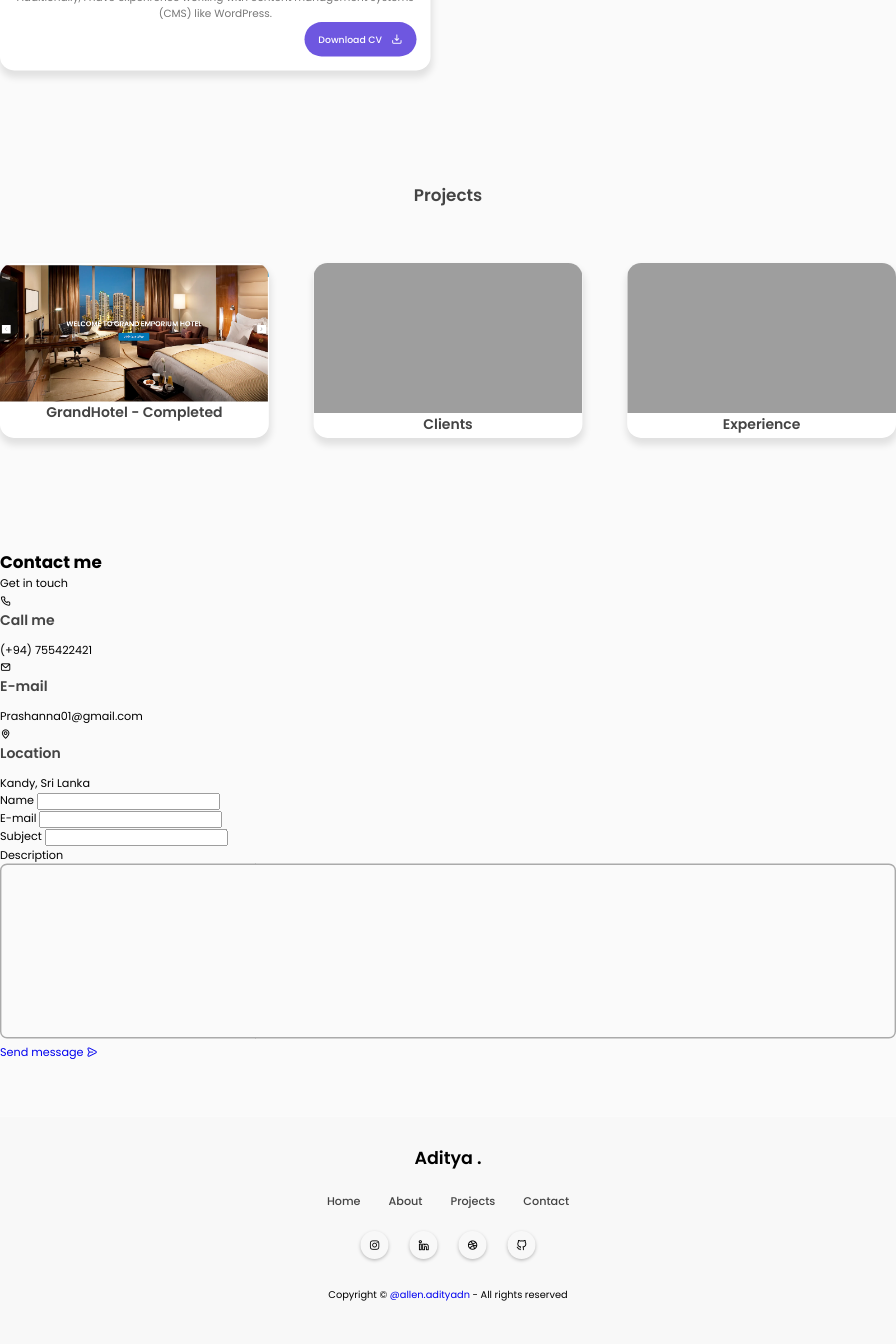
Repository: 4Kbrain/Portofolio
Page: index.html
These files come from the project's save history. The page is drawn as it stood at one moment and after a run of saves; the edit follows.
The browser window is 1280 px wide. The pictures show the part of the page from y = 1051 to 2971 px (the page is 2971 px tall before and 2648 px after), at 70% of full size.
Pictures or frames that could not be fetched are drawn as grey boxes.

Above is the page before, as saved 2024-05-15 16:31:22.
Console error: ReferenceError: ScrollReveal is not defined

### index.html
<!DOCTYPE html>
<html lang="en">

<head>
    <meta charset="UTF-8">
    <meta name="viewport" content="width=device-width, initial-scale=1.0">
    <link rel="stylesheet" href="https://unicons.iconscout.com/release/v4.0.8/css/line.css">
    <link rel="stylesheet" href="assets/css/style.css">
    <link rel="shortcut icon" href="assets/img/favicon.png" type="image/x-icon">

    <title>Portfolio | Aditya</title>
</head>

<body>

    <div class="container">
        <!-- header -->
        <nav id="header">
            <div class="nav-logo">
                <a href="#home">
                    <p class="nav-name">Aditya</p>
                    <span>.</span>
                </a>
            </div>
            <div class="nav-menu" id="myNavMenu">
                <ul class="nav_menu_list">
                    <li class="nav_list">
                        <a href="#home" class="nav-link active-link">Home</a>
                        <div class="circle"></div>
                    </li>
                    <li class="nav_list">
                        <a href="#about" class="nav-link">About</a>
                        <div class="circle"></div>
                    </li>
                    <li class="nav_list">
                        <a href="#projects" class="nav-link">Projects</a>
                        <div class="circle"></div>
                    </li>
                    <li class="nav_list">
                        <a href="#contact" class="nav-link">Contact</a>
                        <div class="circle"></div>
                    </li>
                </ul>
            </div>
            <div class="nav-button">
                <a id="downloadCVButton" href="assets/CV/Aditya%20CV.pdf" download="CV.pdf" class="btn">Download CV <i
                        class="uil uil-file-alt"></i></a>
            </div>
            <div class="nav-menu-btn">
                <i class="uil uil-bars" onclick="myMenuFunction()"></i>
            </div>
        </nav>

        <!-- -------------- MAIN ---------------- -->
        <main class="wrapper">
            <!-- -------------- FEATURED BOX ---------------- -->
            <section class="featured-box" id="home">
                <div class="featured-text">
                    <div class="featured-text-card">
                        <span>Aditya Dwi Nugroho</span>
                    </div>
                    <div class="featured-name">
                        <p>I'm <span class="typedText"></span></p>
                    </div>
                    <div class="featured-text-info">
                        <p>Experienced frontend developer with a passion for creating visually stunning
                            and user-friendly websites.
                        </p>
                    </div>
                    <div class="featured-text-btn">
                        <button class="btn blue-btn">Contact Me</button>
                        <a id="downloadCVButton" href="assets/CV/Aditya%20CV.pdf" download="CV.pdf" class="btn">Download CV <i class="uil uil-file-alt"></i></a>

                    </div>
                    <div class="social_icons">
                        <div class="icon"><a href="https://www.instagram.com/allen.adityadn/"><i class="uil uil-instagram"></i></a></div>
                        <div class="icon"><a href="https://wa.me/0895339926715"><i class="uil uil-whatsapp"></i></a></div>
                        <div class="icon"><a href="https://github.com/4Kbrain"><i class="uil uil-github-alt"></i></a></div>

                    </div>
                </div>
                <div class="featured-image">
                    <div class="image">
                        <img src="assets/img/avatar.png" alt="avatar">
                    </div>
                </div>
                <!-- <div c
         -->
    </div>

    </section>
    <!-- -------------- ABOUT BOX ---------------- -->
    <section class="section" id="about">
        <div class="top-header">
            <h1>About Me</h1>
        </div>
        <div class="row">
            <div class="col">
                <div class="about-info">
                    <h3>Let me introduce myself</h3>
                    <p>I am well-versed in HTML, CSS and JavaScript , and other cutting edge
                        frameworks and libraries,which allows me to implement interactive features.
                        Additionally, I have experirence working with content management systems (CMS) like
                        WordPress.
                    </p>
                    <div class="about-btn">
                        <a href="assets/CV/Aditya%20CV.pdf" download>
                            <button class="btn">Download CV <i class="uil uil-import"></i></button>
                          </a>

                    </div>
                </div>
            </div>
            <div class="col">
                <div class="skills-box">
                    <div class="skills-header">
                        <h3>Frontend</h3>
                    </div>
                    <div class="skills-list">
                        <span>HTML</span>
                        <span>CSS</span>
                        <span>Bootstrap</span>
                        <span>JavaScript</span>
                    </div>
                </div>
                <div class="skills-box">
                    <div class="skills-header">
                        <h3>Backend</h3>
                    </div>
                    <div class="skills-list">
                        <span>PHP</span>
                    </div>
                </div>
                <div class="skills-box">
                    <div class="skills-header">
                        <h3>Database</h3>
                    </div>
                    <div class="skills-list">
                        <span>MySQL</span>
                    </div>
                </div>
            </div>
        </div>
    </section>

    <!-- -------------- PROJECT BOX ---------------- -->

    <section class="section" id="projects">
        <div class="top-header">
            <h1>Projects</h1>
        </div>
        <div class="project-container">
            <div class="project-box">
                <img src="assets/img/GrandHotel.png" alt="Grand Hotel Project" class="project-image">
                <h3>GrandHotel - Completed</h3>
                <label class="clear">A</label>
            </div>
            <div class="project-box">
                <img src="path/to/your/image2.jpg" alt="Project Image 2" class="project-image">
                <h3>Clients</h3>
                <label>25+ Happy Clients</label>
            </div>
            <div class="project-box">
                <img src="path/to/your/image3.jpg" alt="Project Image 3" class="project-image">
                <h3>Experience</h3>
                <label>7+ Years in the field</label>
            </div>
        </div>
    </section>



    <!-- -------------- CONTACT BOX ---------------- -->

    <section class="contact section" id="contact">
        <h2 class="section__title">Contact me</h2>
        <span class="section__subtitle">Get in touch</span>

        <div class="contact__container container grid">
            <div>
                <div class="contact__information">
                    <i class="uil uil-phone-alt contact__icon"></i>

                    <div>
                        <h3 class="contact__title">Call me</h3>
                        <span class="contatc__subtitle">(+94) 755422421</span>
                    </div>
                </div>

                <div class="contact__information">
                    <i class="uil uil-envelope contact__icon"></i>

                    <div>
                        <h3 class="contact__title">E-mail</h3>
                        <span class="contatc__subtitle">Prashanna01@gmail.com</span>
                    </div>
                </div>

                <div class="contact__information">
                    <i class="uil uil-map-marker contact__icon"></i>

                    <div>
                        <h3 class="contact__title">Location</h3>
                        <span class="contatc__subtitle">Kandy, Sri Lanka</span>
                    </div>
                </div>
            </div>

            <form action="" class="contact__form grid">
                <div class="contact__inputs grid">
                    <div class="contact__content">
                        <label for="" class="contact__label">Name</label>
                        <input type="text" class="contact__input">
                    </div>

                    <div class="contact__content">
                        <label for="" class="contact__label">E-mail</label>
                        <input type="email" class="contact__input">
                    </div>
                </div>

                <div class="contact__content">
                    <label for="" class="contact__label">Subject</label>
                    <input type="text" class="contact__input">
                </div>

                <div class="contact__content">
                    <label for="" class="contact__label">Description</label>
                    <textarea name="" id="" cols="0" rows="7" class="contact__input"></textarea>
                </div>

                <div>
                    <a href="#" class="button button--flex">
                        Send message
                        <i class="uil uil-message button__icon"></i>
                    </a>
                </div>
            </form>
        </div>

    </section>

    </main>

    <!-- Footer -->
    <footer>
        <div class="top-footer">
            <p>Aditya .</p>
        </div>
        <div class="middle-footer">
            <ul class="footer-menu">
                <li class="footer_menu_list">
                    <a href="#home">Home</a>
                </li>
                <li class="footer_menu_list">
                    <a href="#about">About</a>
                </li>
                <li class="footer_menu_list">
                    <a href="#projects">Projects</a>
                </li>
                <li class="footer_menu_list">
                    <a href="#contact">Contact</a>
                </li>
            </ul>
        </div>
        <div class="footer-social-icons">
            <div class="icon"><i class="uil uil-instagram"></i></div>
            <div class="icon"><i class="uil uil-linkedin-alt"></i></div>
            <div class="icon"><i class="uil uil-dribbble"></i></div>
            <div class="icon"><i class="uil uil-github-alt"></i></div>
        </div>
        <div class="bottom-footer">
            <p>Copyright &copy; <a href="https://www.instagram.com/allen.adityadn/" style="text-decoration: none;">@allen.adityadn</a> - All rights reserved</p>
        </div>
    </footer>

    </div>

    <script src="https://unpkg.com/typed.js@2.0.16/dist/typed.umd.js"></script>
    <script src="assets/js/script.js"></script>
</body>

</html>

### assets/css/style.css
@import url('https://fonts.googleapis.com/css2?family=Poppins:wght@400;500;600;700&display=swap');

:root{
    --body-color: rgb(250, 250, 250);
    --color-white: rgb(255, 255, 255);

    --text-color-second: rgb(68, 68, 68);
    --text-color-third: rgb(30, 159, 171);

    --first-color: rgb(110, 87, 224);
    --first-color-hover: rgb(40, 91, 212);

    --second-color: #0077b6;
    --third-color: rgb(192, 166, 49);
    --first-shadow-color: rgba(0, 0, 0, 0.1);

}

*{
    margin: 0;
    padding: 0;
    box-sizing: border-box;
    font-family: 'Poppins', sans-serif;
}


* a {
    text-decoration: none;
}

html{
    scroll-behavior: smooth;
}

::-webkit-scrollbar{
    width: 10px;
    border-radius: 25px;
}
::-webkit-scrollbar-track{
    background: #f1f1f1;
}
::-webkit-scrollbar-thumb{
    background: #ccc;
    border-radius: 30px;
}
::-webkit-scrollbar-thumb:hover{
    background: #bbb;
}

.btn{
    font-weight: 500;
    padding: 12px 20px;
    background: #efefef;
    border: none;
    border-radius: 10px;
    cursor: pointer;
    transition: .4s;
}
.btn>i{
    margin-left: 10px;
}
.btn:hover{
    background: var(--second-color);
    color: var(--color-white);
}

i{
    font-size: 16px;
}

body{
    background: var(--body-color);
    overflow-x: hidden;
}
.container{
    width: 100%;
    position: relative;
}

nav{
    position: fixed;
    display: flex;
    justify-content: space-between;
    width: 100%;
    height: 90px;
    line-height: 90px;
    background: var(--body-color);
    padding-inline: 9vw;
    transition: .3s;
    z-index: 100;
}
.nav-logo{
   position: relative;
}
.nav-name{
    font-size: 30px;
    font-weight: 600;
    color: var(--text-color-third);
}
.nav-logo span{
    position: absolute;
    top: -15px;
    right: -20px;
    font-size: 5em;
    color: var(--text-color-second);
}
.nav-menu, .nav_menu_list{
    display: flex;
}
.nav-menu .nav_list{
    list-style: none;
    position: relative;
}

.nav-link{
    text-decoration: none;
    color: var(--text-color-second);
    font-weight: 500;
    padding-inline: 15px;
    margin-inline: 20px;
}
.nav-menu-btn{
    display: none;
}
.nav-menu-btn i{
    font-size: 28px;
    cursor: pointer;
}
.active-link{
    position: relative;
    color: var(--first-color);
    transition: .3;
}
.active-link::after{
    content: '';
    position: absolute;
    left: 50%;
    bottom: -15px;
    transform: translate(-50%, -50%);
    width: 5px;
    height: 5px;
    background: var(--first-color);
    border-radius: 50%;
}

.wrapper{
    padding-inline: 10vw;
}

.featured-box{
    position: relative;
    display: flex;
    height: 100vh;
    min-height: 700px;
}

.featured-text{
    position: relative;
    display: flex;
    justify-content: center;
    align-content: center;
    min-height: 80vh;
    flex-direction: column;
    width: 50%;
    padding-left: 20px;
}
.featured-text-card span{
    background: var(--third-color);
    color: var(--color-white);
    padding: 3px 8px;
    font-size: 12px;
    border-radius: 5px;
}
.featured-name{
    font-size: 50px;
    font-weight: 600;
    color: var(--text-color-second);
    margin-block: 20px;
}
.typedText{
    text-transform: capitalize;
    color: var(--text-color-third);
}
.featured-text-info{
    font-size: 15px;
    margin-bottom: 30px;
    color: var(--text-color-second);
}
.featured-text-btn{
    display: flex;
    gap: 20px;
}
.featured-text-btn>.blue-btn{
    background: var(--first-color);
    color: var(--color-white);
}
.featured-text-btn>.blue-btn:hover{
    background: var(--first-color-hover);
}
.social_icons{
    display: flex;
    margin-top: 5em;
    gap: 30px;
}
.icon{
    display: flex;
    justify-content: center;
    align-items: center;
    width: 40px;
    height: 40px;
    border-radius: 50%;
    box-shadow: 0px 2px 5px 0px rgba(0, 0, 0, 0.25);
    cursor: pointer;
}
.icon:hover{
    color: var(--first-color);
}

.featured-image{
    display: flex;
    justify-content: right;
    align-content: center;
    min-height: 80vh;
    width: 50%;
}
.image{
    margin: auto 0;
    width: 380px;
    height: 380px;
    border-radius: 55% 45% 55% 45%;
    overflow: hidden;
    animation: imgFloat 7s ease-in-out infinite;
}
.image img{
    width: 380px;
    height: 380px;
    object-fit: cover;
}
@keyframes imgFloat {
    50%{
        transform: translateY(10px);
        border-radius: 45% 55% 45% 55%;
    }
}
.scroll-btn{
   position: absolute;
   bottom: 0;
   left: 50%;
   translate: -50%;
   display: flex;
   justify-content: center;
   align-items: center;
   width: 150px;
   height: 50px;
   gap: 5px;
   text-decoration: none;
   color: var(--text-color-second);
   background: var(--color-white);
   border-radius: 30px;
   box-shadow: 0 2px 5px 0 rgba(0, 0, 0, 0.25);
}
.scroll-btn i{
    font-size: 20px;
}

.section{
    padding-block: 5em;
}
.row{
    display: flex;
    justify-content: space-between;
    width: 100%;
    gap: 50px;
}
.col{
    display: flex;
    width: 50%;
}

.top-header{
    text-align: center;
    margin-bottom: 5em;
}
.top-header h1{
    font-weight: 600;
    color: var(--text-color-second);
    margin-bottom: 10px;
}
.top-header span{
    color: #999;
}
h3{
    font-size: 20px;
    font-weight: 600;
    color: var(--text-color-second);
    margin-bottom: 15px;
}

.about-info{
    position: relative;
    display: flex;
    align-items: center;
    flex-direction: column;
    padding-block: 30px 70px;
    padding-inline: 20px;
    width: 100%;
    background: var(--color-white);
    box-shadow: 1px 8px 10px 2px var(--first-shadow-color);
    border-radius: 20px;
}
.about-info p{
    text-align: center;
    font-size: 15px;
    color: #777;
}
.about-btn button{
    position: absolute;
    right: 20px;
    bottom: 20px;
    background: var(--first-color);
    color: var(--color-white);
    border-radius: 30px;
}
.about-btn button:hover{
    background: var(--first-color-hover);
}

.skills-box{
    margin: 10px;
}
.skills-header{
    margin-bottom: 30px;
}
.skills-list{
    display: flex;
    flex-wrap: wrap;
    gap: 5px;
}
.skills-list span{
    font-size: 14px;
    background: var(--first-color);
    color: var(--color-white);
    padding: 2px 10px;
    border-radius: 5px;
}

/* Project */
.project-container {
    display: flex;
    width: 100%;
    justify-content: space-between;
    gap: 20px;
    flex-wrap: wrap;
}

.project-box {
    position: relative;
    display: flex;
    justify-content: center;
    align-items: center;
    flex-direction: column;
    width: 30%;
    height: 250px;
    background: var(--color-white);
    border-radius: 20px;
    box-shadow: 1px 8px 10px 2px var(--first-shadow-color);
    overflow: hidden;
    text-align: center;
}

.project-image {
    width: 100%;
    height: 100%;
    object-fit: cover;
    transition: opacity 0.4s;
}

.project-box:hover .project-image {
    opacity: 0.5;
}

.project-box h3, .project-box label {
    position: relative;
    z-index: 2;
}


.contact-info{
    position: relative;
    display: flex;
    flex-direction: column;
    justify-content: center;
    align-items: center;
    padding: 20px 30px;
    width: 100%;
    height: 315px;
    background: var(--second-color);
    border-radius: 10px;
    box-shadow: 1px 8px 10px 2px var(--first-shadow-color);
    overflow: hidden;
}
.contact-info>h2{
    color: var(--color-white);
    margin-bottom: 20px;
}
.contact-info>p{
    display: flex;
    align-items: center;
    gap: 10px;
    color: var(--color-white);
    margin-block: 5px;
}
.contact-info p>i{
    font-size: 18px;
}
.contact-info::after{
    background: var(--color-white);
}
.contact-info:hover.contact-info h2,
.contact-info:hover.contact-info p,
.contact-info:hover.contact-info i{
    color: #777;
    z-index: 2;
}

.form-control{
    display: flex;
    flex-direction: column;
    gap: 10px;
    width: 100%;
}
.form-inputs{
    display: flex;
    gap: 10px;
    width: 100%;
}
.input-field{
    width: 50%;
    height: 55px;
    background: transparent;
    border: 2px solid #AAA;
    border-radius: 10px;
    padding-inline: 20px;
    outline: none;
}
textarea{
    width: 100%;
    height: 250px;
    background: transparent;
    border: 2px solid #AAA;
    border-radius: 10px;
    padding: 15px 20px;
    outline: none;
    resize: none;
}
.form-button>.btn{
    display: flex;
    align-items: center;
    justify-content: center;
    background: var(--second-color);
    color: var(--color-white);
}
.form-button>.btn:hover{
    background: #00B5E7;
}
.form-button i{
    font-size: 18px;
    rotate: -45deg;
}

footer{
    display: flex;
    justify-content: center;
    align-items: center;
    flex-direction: column;
    row-gap: 30px;
    background: #F8F8F8;
    padding-block: 40px 60px;
}
.top-footer p{
    font-size: 25px;
    font-weight: 600;
}
.middle-footer .footer-menu{
    display: flex;
}
.footer_menu_list{
    list-style: none;
}
.footer_menu_list a{
    text-decoration: none;
    color: var(--text-color-second);
    font-weight: 500;
    margin-inline: 20px;
}
.footer-social-icons{
    display: flex;
    gap: 30px;
}
.bottom-footer{
    font-size: 14px;
    margin-top: 10px;
}

@media only screen and (max-width: 1024px){
    .featured-text{
        padding: 0;
    }
    .image, .image img{
        width: 320px;
        height: 320px;
    }
}

@media only screen and (max-width: 900px) {
    .nav-button{
        display: none;
    }
    .nav-menu.responsive{
        left: 0;
    }
    .nav-menu{
        position: fixed;
        top: 80px;
        left: -100%;
        flex-direction: column;
        justify-content: center;
        align-items: center;
        background: rgba(255, 255, 255, 0.7);
        backdrop-filter: blur(20px);
        width: 100%;
        min-height: 450px;
        height: 90vh;
        transition: .3s;
    }
    .nav_menu_list{
        flex-direction: column;
    }
    .nav-menu-btn{
        display: flex;
        align-items: center;
        justify-content: center;
    }
    .featured-box{
        flex-direction: column;
        justify-content: center;
        height: 100vh;
    }
    .featured-text{
        width: 100%;
        order: 2;
        justify-content: center;
        align-content: flex-start;
        min-height: 60vh;
    }
    .social_icons{
        margin-top: 2em;
    }
    .featured-image{
        order: 1;
        justify-content: center;
        min-height: 150px;
        width: 100%;
        margin-top: 65px;
    }
    .image, .image img{
        width: 150px;
        height: 150px;
    }
    .row{
        display: flex;
        flex-direction: column;
        justify-content: center;
        gap: 50px;
    }
    .col{
        display: flex;
        justify-content: center;
        width: 100%;
    }
    .about-info, .contact-info{
        width: 100%;
    }
    .project-container{
        justify-content: center;
    }
    .project-box{
        width: 80%;
    }

}

@media only screen and (max-width: 540px){
    .featured-name{
        font-size: 40px;
    }
    .project-box{
        width: 100%;
    }
    .form-inputs{
        flex-direction: column;
    }
    .input-field{
        width: 100%;
    }
}

Loaded but not shown: assets/js/script.js (124 lines, source omitted)

After the next 4 saves:
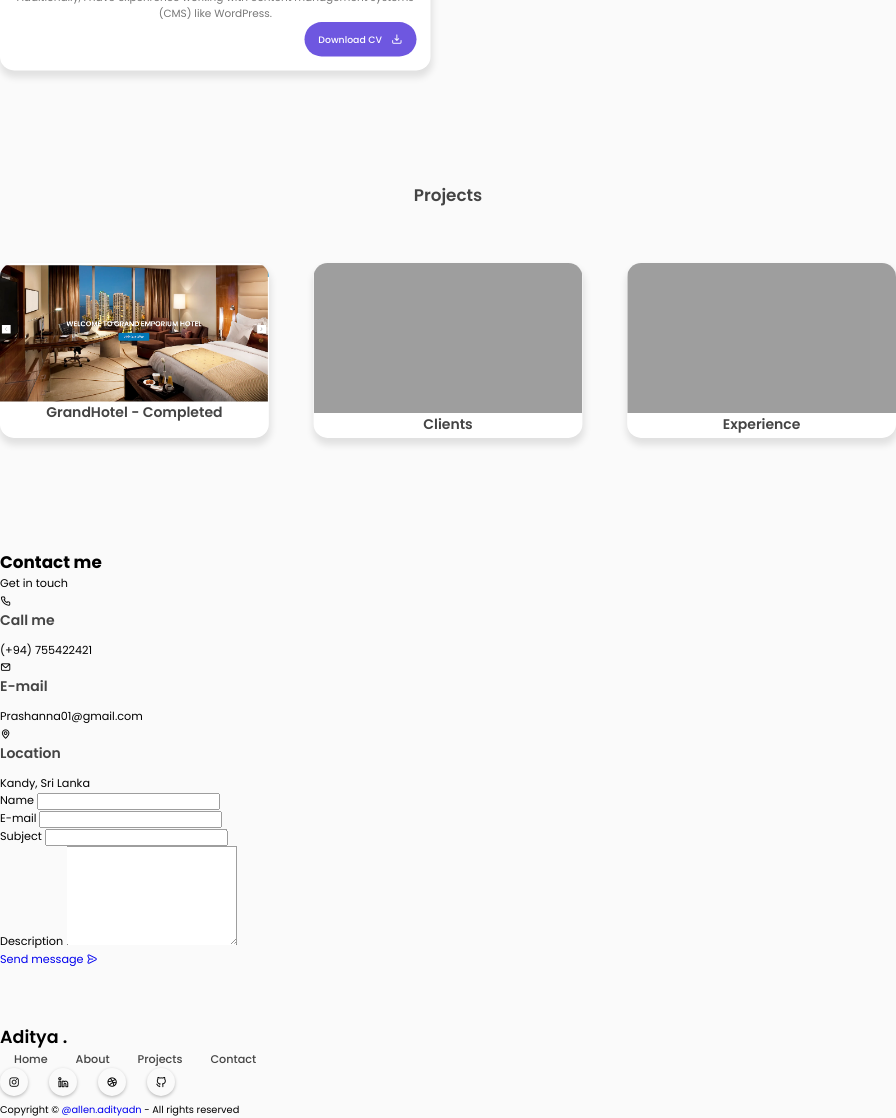
The 4 saves are shown as one change because they came seconds apart.
The last was saved 65 s later.
--- a/assets/css/style.css
+++ b/assets/css/style.css
@@ -384,90 +384,7 @@ h3{
     z-index: 2;
 }
 
-
-.contact-info{
-    position: relative;
-    display: flex;
-    flex-direction: column;
-    justify-content: center;
-    align-items: center;
-    padding: 20px 30px;
-    width: 100%;
-    height: 315px;
-    background: var(--second-color);
-    border-radius: 10px;
-    box-shadow: 1px 8px 10px 2px var(--first-shadow-color);
-    overflow: hidden;
-}
-.contact-info>h2{
-    color: var(--color-white);
-    margin-bottom: 20px;
-}
-.contact-info>p{
-    display: flex;
-    align-items: center;
-    gap: 10px;
-    color: var(--color-white);
-    margin-block: 5px;
-}
-.contact-info p>i{
-    font-size: 18px;
-}
-.contact-info::after{
-    background: var(--color-white);
-}
-.contact-info:hover.contact-info h2,
-.contact-info:hover.contact-info p,
-.contact-info:hover.contact-info i{
-    color: #777;
-    z-index: 2;
-}
-
-.form-control{
-    display: flex;
-    flex-direction: column;
-    gap: 10px;
-    width: 100%;
-}
-.form-inputs{
-    display: flex;
-    gap: 10px;
-    width: 100%;
-}
-.input-field{
-    width: 50%;
-    height: 55px;
-    background: transparent;
-    border: 2px solid #AAA;
-    border-radius: 10px;
-    padding-inline: 20px;
-    outline: none;
-}
-textarea{
-    width: 100%;
-    height: 250px;
-    background: transparent;
-    border: 2px solid #AAA;
-    border-radius: 10px;
-    padding: 15px 20px;
-    outline: none;
-    resize: none;
-}
-.form-button>.btn{
-    display: flex;
-    align-items: center;
-    justify-content: center;
-    background: var(--second-color);
-    color: var(--color-white);
-}
-.form-button>.btn:hover{
-    background: #00B5E7;
-}
-.form-button i{
-    font-size: 18px;
-    rotate: -45deg;
-}
-
+Contact me
 footer{
     display: flex;
     justify-content: center;
